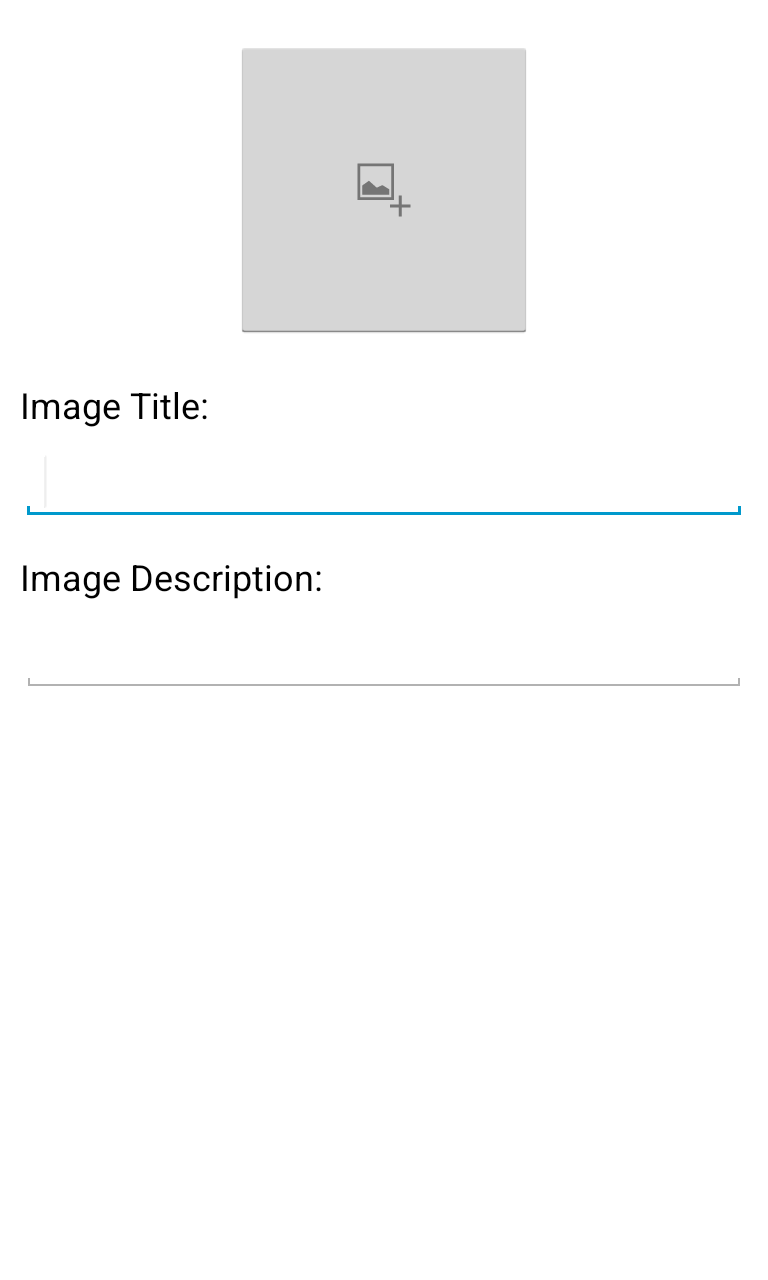
Repository: laurenelder/MDF3
Layout: Week 4/PhotoLocationApp/res/layout/activity_form.xml
An editor plug-in stored every save of this project. The layout is shown before and after the next save, followed by the edit.
It is drawn on a 768 x 1280 px phone screen (xhdpi) without system bars, with theme AppTheme; the app's code is not run.

Above is the layout before, as saved 2014-09-22 23:59:17.

After the next save:
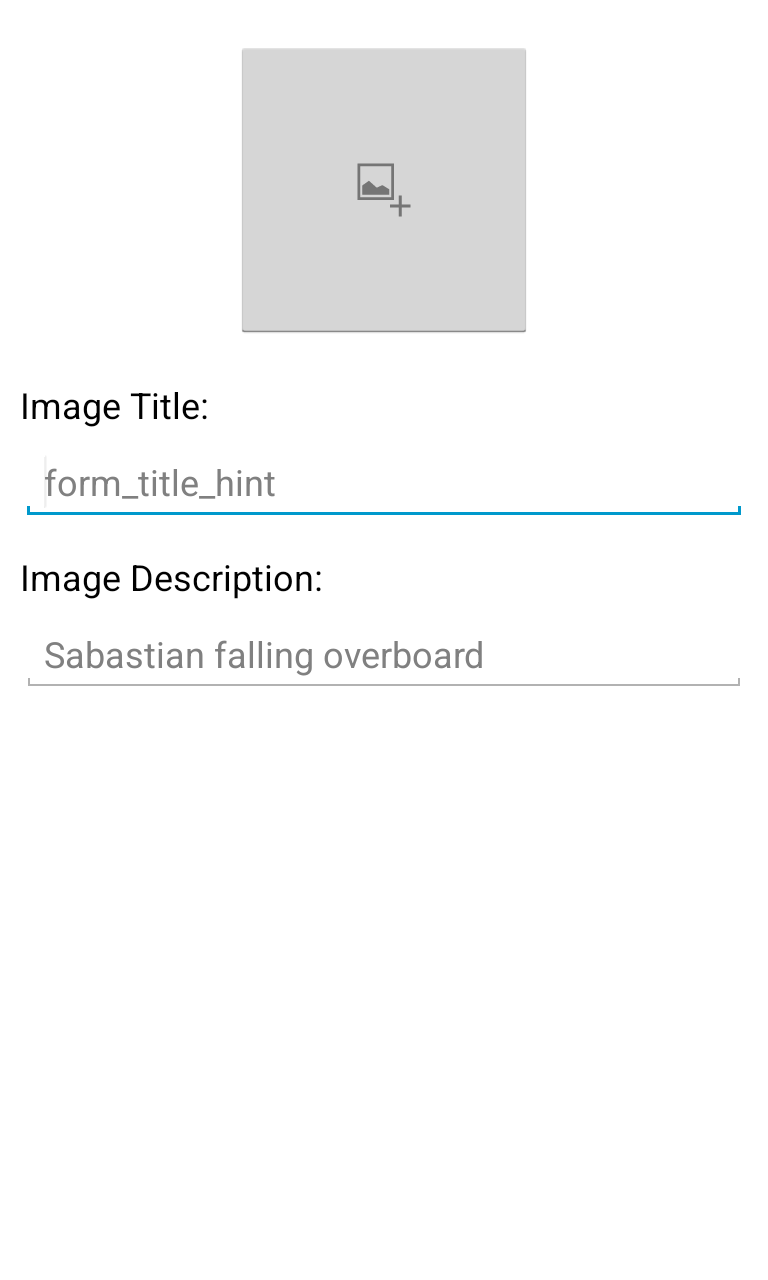
Saved 32 s later.
--- a/Week 4/PhotoLocationApp/res/layout/activity_form.xml
+++ b/Week 4/PhotoLocationApp/res/layout/activity_form.xml
@@ -30,7 +30,7 @@
         android:layout_marginTop="7dp"
         android:layout_marginLeft="10dp"
         android:layout_marginRight="10dp"
-        android:hint=""
+        android:hint="form_title_hint"
         android:ems="10" >
 
         <requestFocus />
@@ -53,7 +53,7 @@
         android:layout_marginTop="7dp"
         android:layout_marginLeft="10dp"
         android:layout_marginRight="10dp"
-        android:hint=""
+        android:hint="@string/form_description_hint"
         android:ems="10" />
 
 </LinearLayout>
